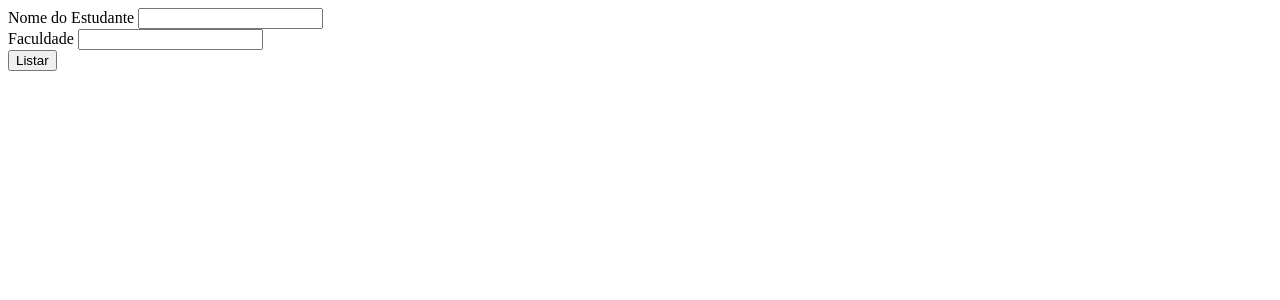
Repository: emilianocarvalho/ServidoresWeb
Page: GetInteger/WebContent/LerInteiro.html
These files come from the project's save history. The page is drawn as it stood at one moment and after the next save; the edit follows.
The browser window is 1280 px wide. The pictures show the whole page.

Above is the page before, as saved 2015-09-08 14:11:22.

### GetInteger/WebContent/LerInteiro.html
<!DOCTYPE html>
<html>
<head>
<meta charset="UTF-8">
<title>Insert title here</title>
</head>
<body>
<form method="get" action="RetTabuada.do">
		Nome do Estudante <input type="text" name="nome"> <br>
		Faculdade <input type="text" name="faculdade"> <br> <input
			type="submit" value="Listar"> <br>
	</form>
</body>
</html>

After the next save:
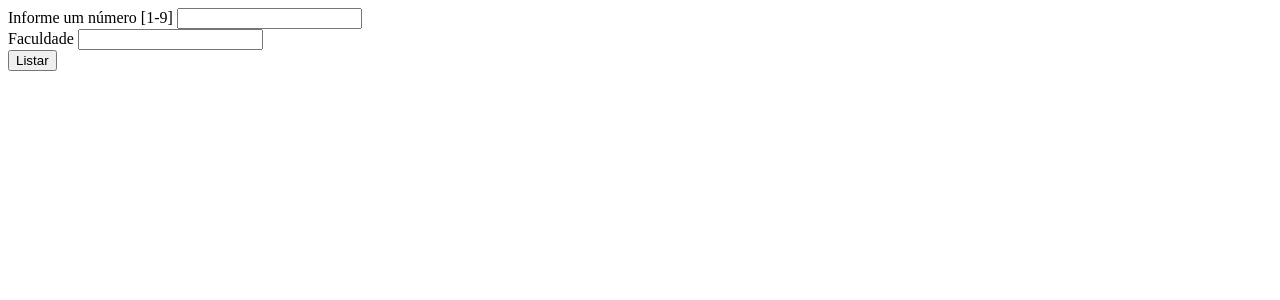
Saved 25 s later.
--- a/GetInteger/WebContent/LerInteiro.html
+++ b/GetInteger/WebContent/LerInteiro.html
@@ -6,7 +6,7 @@
 </head>
 <body>
 <form method="get" action="RetTabuada.do">
-		Nome do Estudante <input type="text" name="nome"> <br>
+		Informe um número [1-9] <input type="text" name="num"> <br>
 		Faculdade <input type="text" name="faculdade"> <br> <input
 			type="submit" value="Listar"> <br>
 	</form>
